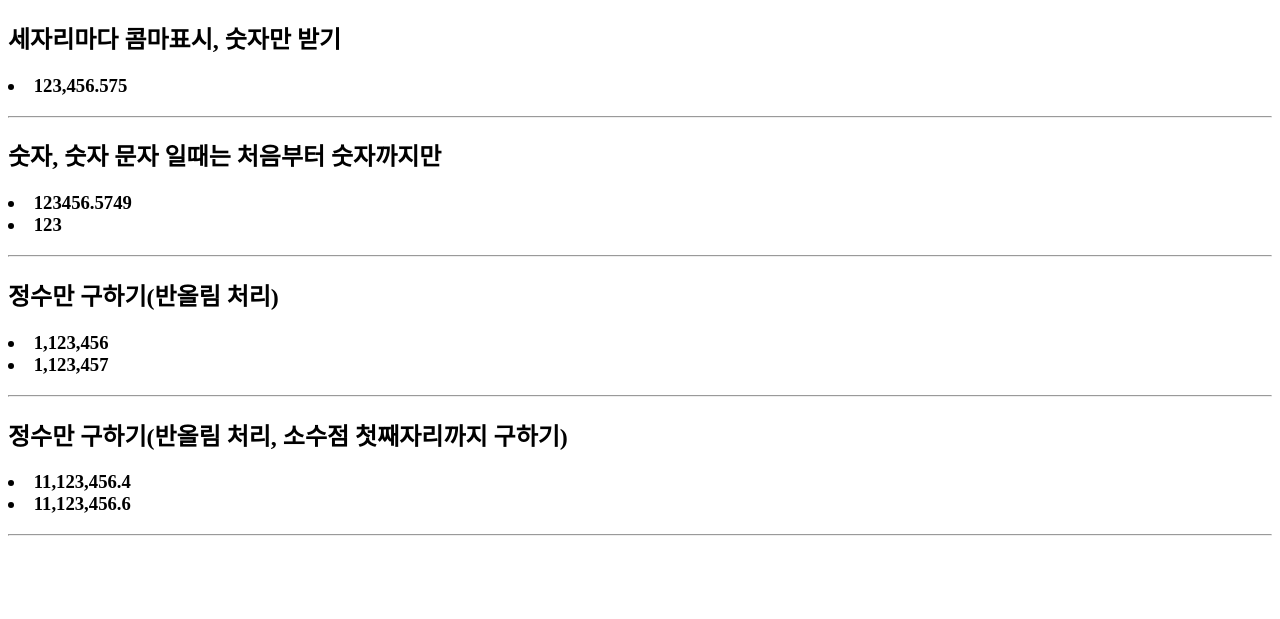
Repository: hagjun/jspstudy
Page: http://localhost/01_servlet/jsp/ex10_jstl.jsp
These files come from the project's save history. The page is drawn as it stood at one moment and after the next save; the edit follows.
The browser window is 1280 px wide. The pictures show the whole page.
The page is served by Tomcat 9. Other server files are loaded and not shown.

Above is the page before, as saved 2024-03-07 03:57:29.

### 01_servlet/src/main/webapp/jsp/ex10_jstl.jsp
<%@ page language="java" contentType="text/html; charset=UTF-8"
    pageEncoding="UTF-8"%>
<%@ taglib prefix="c" uri="http://java.sun.com/jsp/jstl/core" %>
<%@ taglib prefix="fmt" uri="http://java.sun.com/jsp/jstl/fmt" %>
<!DOCTYPE html>
<html>
<head>
<meta charset="UTF-8">
<title>JSTL : 포맷팅(fmt) : 숫자와 날짜 포매팅</title>
</head>
<body>
	<h2>세자리마다 콤마표시, 숫자만 받기</h2>
	<h3>
		<li><fmt:formatNumber value="123456.5749" /></li>
		<%-- <li><fmt:formatNumber value="aaa123456.5749"></fmt:formatNumber></li> --%>
		<%-- <li><fmt:formatNumber value="123456.a5749"></fmt:formatNumber></li> --%>
	</h3>
	<hr>

	<h2>숫자, 숫자 문자 일때는 처음부터 숫자까지만</h2>
	<h3>
		<li><fmt:parseNumber value="123456.5749" /></li>
		<li><fmt:parseNumber value="123c4b56a.5749" /></li>
		<%-- <li><fmt:formatNumber value="123456.a5749"></fmt:formatNumber></li> --%>
	</h3>
	<hr>

	<h2>정수만 구하기(반올림 처리)</h2>
	<h3>
		<li><fmt:formatNumber value="1123456.4749" pattern="#,###"/></li>
		<li><fmt:formatNumber value="1123456.5749" pattern="#,###"/></li>

	</h3>
	<hr>

	<h2>정수만 구하기(반올림 처리, 소수점 첫째자리까지 구하기)</h2>
	<h3>
		<li><fmt:formatNumber value="11123456.4449" pattern="#,###.#"/></li>
		<li><fmt:formatNumber value="11123456.5749" pattern="#,###.#"/></li>

	</h3>
	<hr>
</body>
</html>

After the next save:
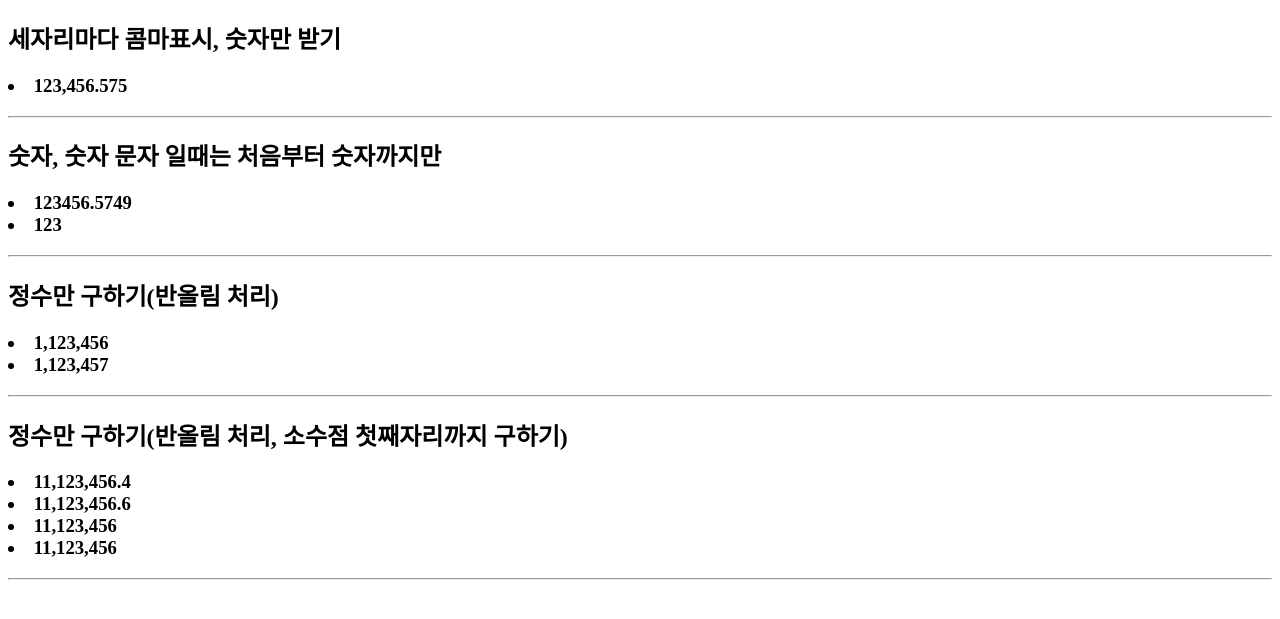
Saved 16 s later.
--- a/01_servlet/src/main/webapp/jsp/ex10_jstl.jsp
+++ b/01_servlet/src/main/webapp/jsp/ex10_jstl.jsp
@@ -37,6 +37,8 @@
 	<h3>
 		<li><fmt:formatNumber value="11123456.4449" pattern="#,###.#"/></li>
 		<li><fmt:formatNumber value="11123456.5749" pattern="#,###.#"/></li>
+		<li><fmt:formatNumber value="11123456" pattern="#,###.#"/></li>
+		<li><fmt:formatNumber value="11123456" pattern="#,###.#"/></li>
 
 	</h3>
 	<hr>
